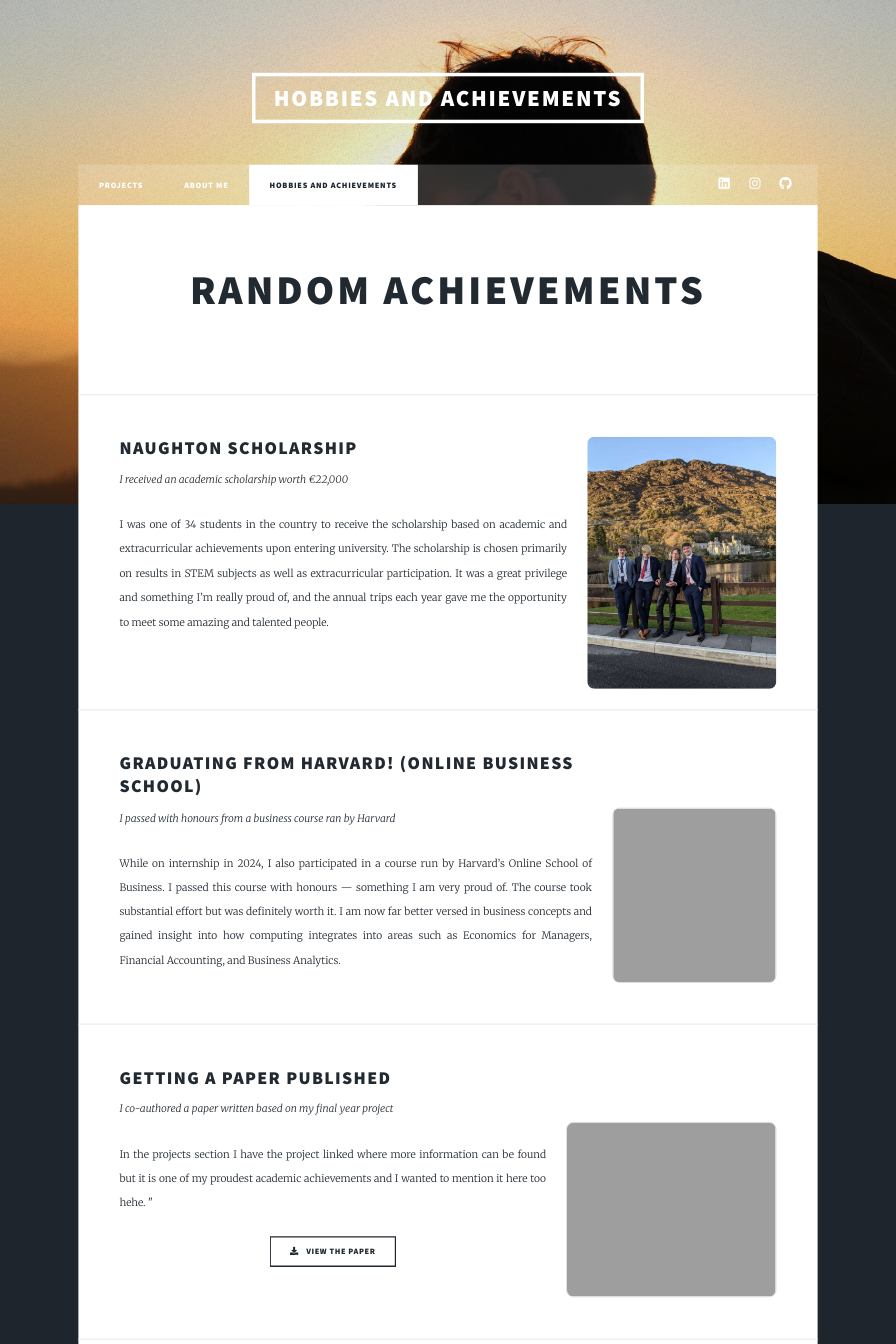
Repository: ciaranscan6/PersonalWebsite
Page: hobbies-and-ach.html
An editor plug-in stored every save of this project. The page is shown before and after the next save, followed by the edit.
The browser window is 1280 px wide. The pictures show the part of the page from y = 0 to 1920 px (the page is 13707 px tall), at 70% of full size.
Pictures or frames that could not be fetched are drawn as grey boxes.

Above is the page before, as saved 2025-11-22 05:14:21.

After the next save:
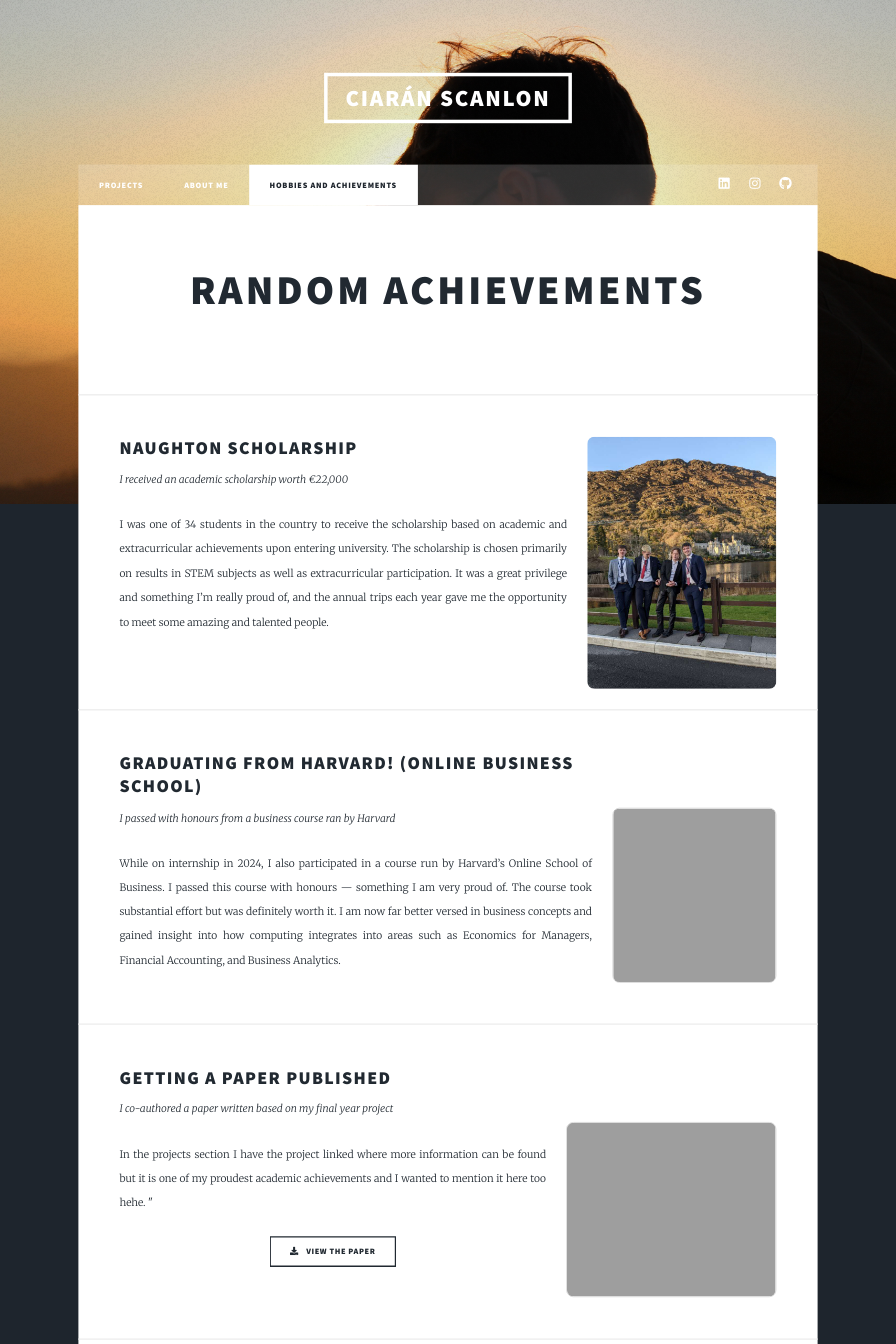
Saved 34 s later.
--- a/hobbies-and-ach.html
+++ b/hobbies-and-ach.html
@@ -19,7 +19,7 @@
 
 				<!-- Header -->
 					<header id="header">
-						<a href="index.html" class="logo">Hobbies and Achievements</a>
+						<a href="index.html" class="logo">Ciarán Scanlon</a>
 					</header>
 
 				<!-- Nav -->
